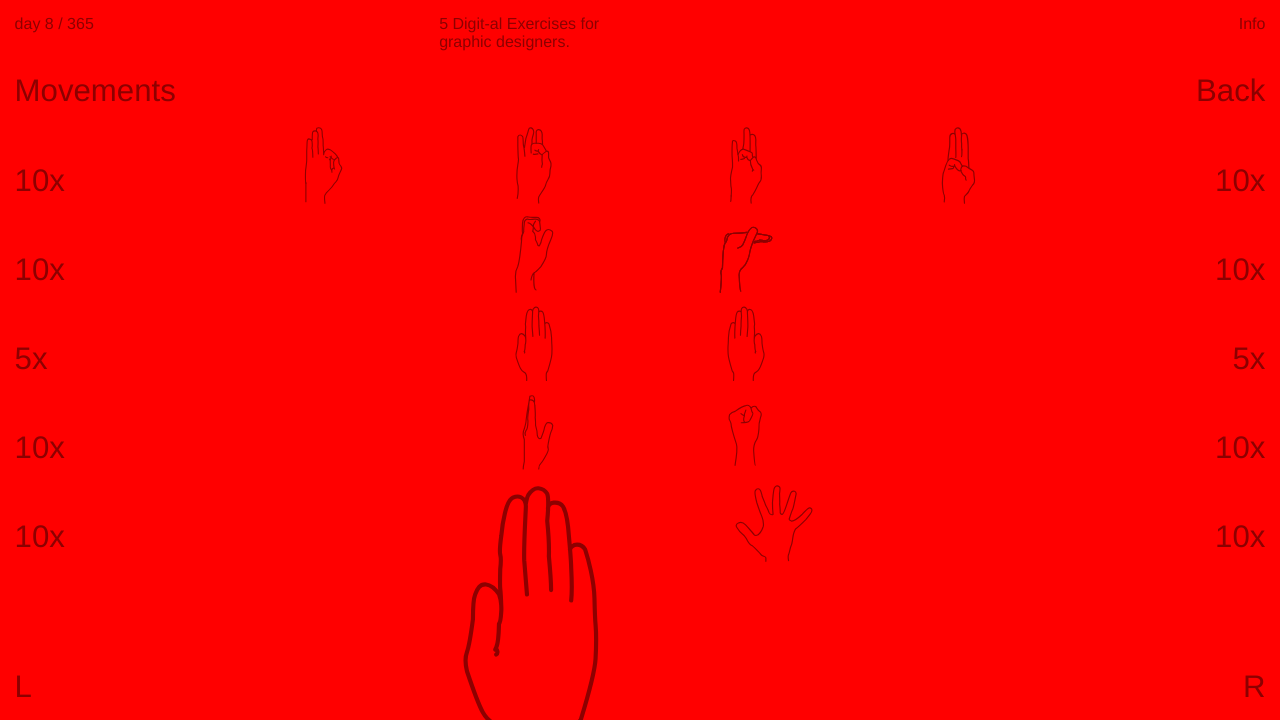
Repository: NoIdeasStudio/holiday-card-24
Page: movements.html
An editor plug-in stored every save of this project. The page is shown before and after the next save, followed by the edit.
The browser window is 1280 px wide. The pictures show the whole page.

Above is the page before, as saved 2025-01-08 12:36:38.

After the next save:
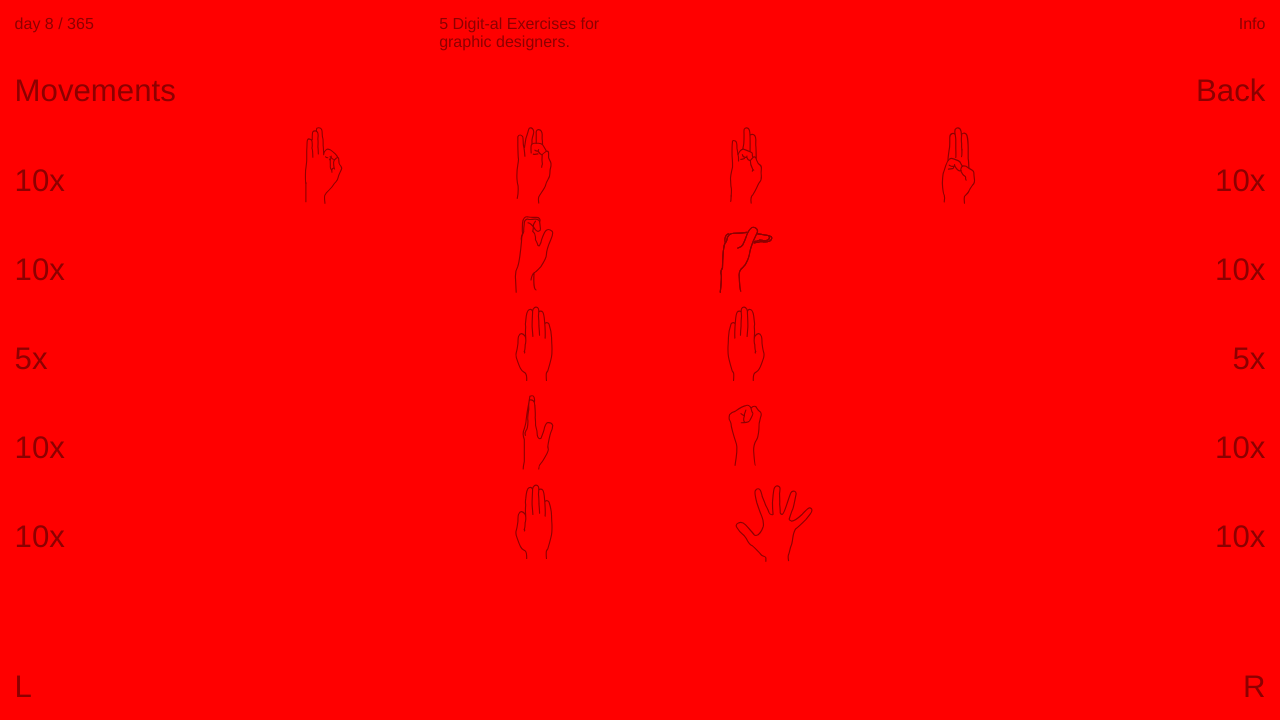
Saved 23 s later.
--- a/style.css
+++ b/style.css
@@ -211,7 +211,7 @@
     text-align: right;
   }
 
-  .img-2-E{
+  .img-2-E>img{
     grid-column: col-start 3 / span 1;
     grid-row: 11 / 13;
     vertical-align: bottom;
